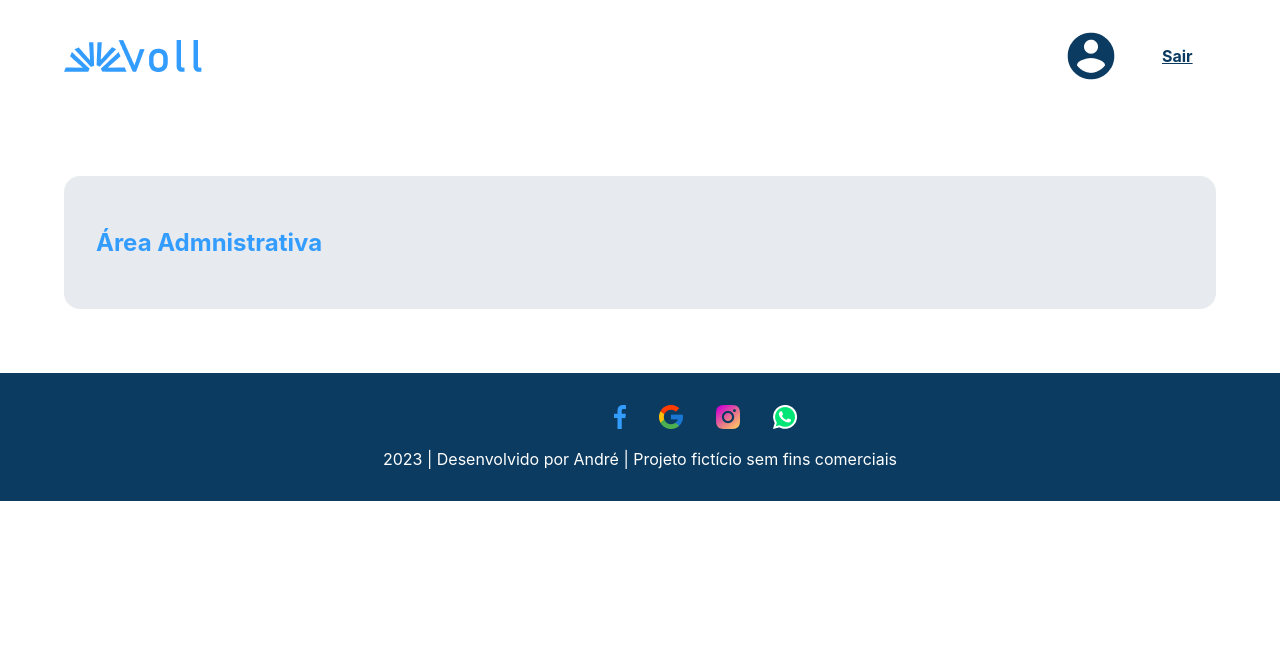
Repository: andrevff/voll-main
Page: /
The author's editor kept a copy of each file at every save. The page is drawn from the files as they stood at one save, then again after a run of saves.
The browser window is 1280 px wide. The pictures show the whole page.
The project was rebuilt for these pictures with package versions that can differ from the ones it lists, and the page was loaded fresh each time. Also part of the build but not shown: src/App.css.

Above is the page before, as saved 2023-07-31 21:23:16.

After the next 3 saves:
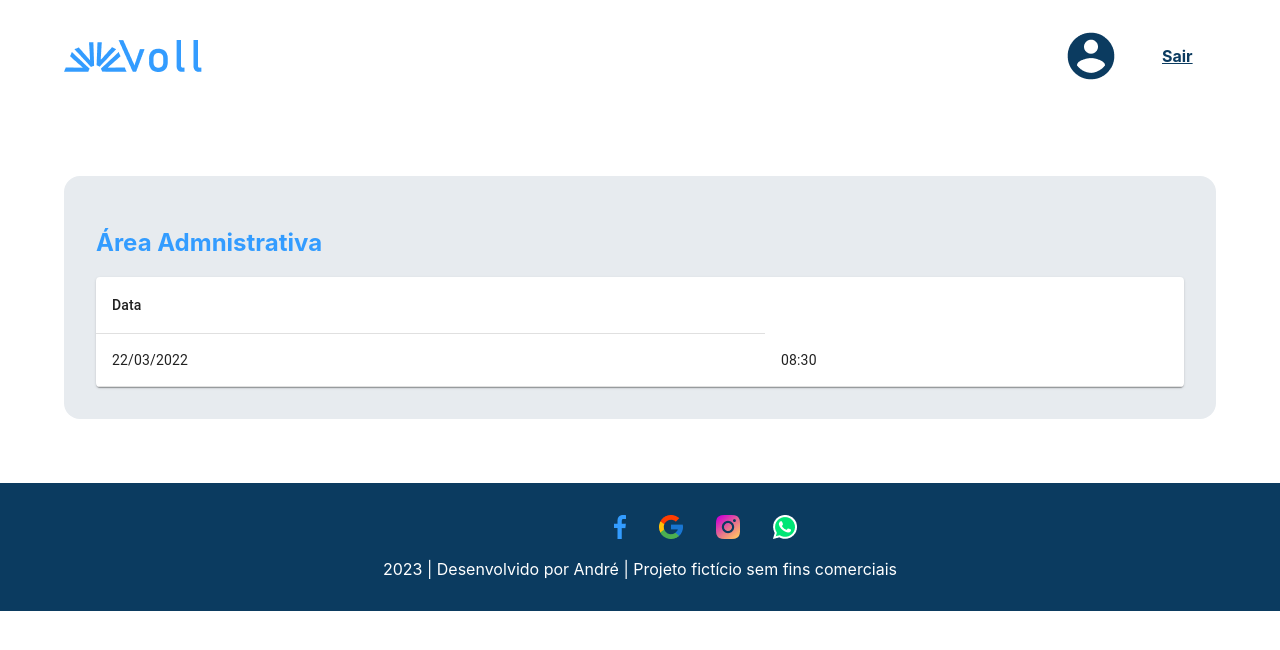
The 3 saves are shown as one change because they came seconds apart.
The last was saved 22 s later.
--- a/src/App.tsx
+++ b/src/App.tsx
@@ -2,6 +2,7 @@ import './App.css';
 import Cabecalho from './components/cabecalho';
 import Container from './components/container';
 import Rodape from './components/rodape';
+import Tabela from './components/tabela';
 import Titulo from './components/titulo';
 
 function App() {
@@ -10,6 +11,7 @@ function App() {
       <Cabecalho />
       <Container>
         <Titulo>Área Admnistrativa</Titulo>
+        <Tabela />
       </Container>
       <Rodape />
     </>
